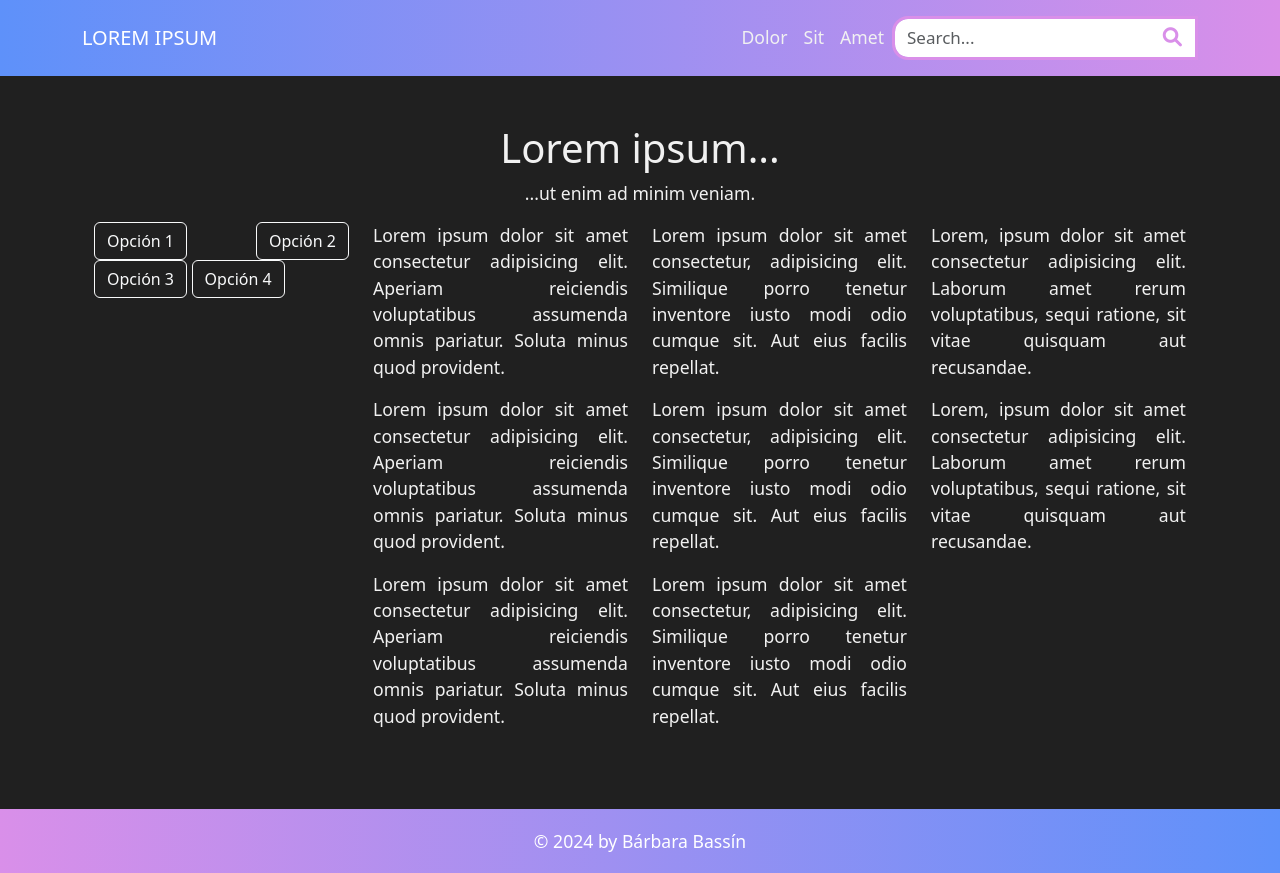
Repository: romancegirl/responsiveness
Page: index.html
An editor plug-in stored every save of this project. The page is shown before and after the next save, followed by the edit.
The browser window is 1280 px wide. The pictures show the whole page.

Above is the page before, as saved 2024-11-19 20:52:53.

### index.html
<!DOCTYPE html>
<html lang="en">

<head>
    <meta charset="UTF-8">
    <meta name="viewport" content="width=device-width, initial-scale=1.0">
    <title>Responsiveness - Bárbara Bassín</title>
    <link href="https://cdn.jsdelivr.net/npm/bootstrap@5.3.0/dist/css/bootstrap.min.css" rel="stylesheet">
    <link rel="stylesheet" href="https://cdnjs.cloudflare.com/ajax/libs/font-awesome/6.0.0-beta3/css/all.min.css">
    <link rel="stylesheet" href="css/header-and-footer.css">
    <link rel="stylesheet" href="css/styles.css">
</head>

<body>
    <!-- Header -->
    <header class="py-2">
        <div class="container d-flex align-items-center" id="profile">
            <h5 class="m-0">LOREM IPSUM</h5>
            <nav class="navbar navbar-expand-lg flex-grow-1">
                <button class="navbar-toggler" type="button" data-bs-toggle="collapse" data-bs-target="#navbarNav"
                    aria-controls="navbarNav" aria-expanded="false" aria-label="Toggle navigation">
                    <i class="fas fa-bars"></i>
                </button>
                <div class="collapse navbar-collapse" id="navbarNav">
                    <ul class="navbar-nav">
                        <li class="nav-item"><a class="nav-link">Dolor</a></li>
                        <li class="nav-item"><a class="nav-link">Sit</a></li>
                        <li class="nav-item"><a class="nav-link">Amet</a></li>
                        <div class="search-container">
                            <form action="/action_page.php">
                                <div class="input-group">
                                    <input type="text" class="form-control" placeholder="Search..." name="search">
                                    <button type="submit" class="btn">
                                        <i class="fa fa-search"></i>
                                    </button>
                                </div>
                            </form>
                        </div>
                    </ul>

                </div>
            </nav>
        </div>
    </header>



    <!-- Main -->
    <main class="container my-5">
        <div>
            <h1>Lorem ipsum...</h1>
            <div id="textCarousel" class="carousel slide" data-bs-ride="carousel" data-bs-interval="2000">
                <div class="carousel-inner">
                    <div class="carousel-item active">
                        <p>...olor sit amet, consectetur adipiscing elit...</p>
                    </div>
                    <div class="carousel-item">
                        <p>...sed do eiusmod tempor incididunt ut labore...</p>
                    </div>
                    <div class="carousel-item">
                        <p>...ut enim ad minim veniam.</p>
                    </div>
                </div>
            </div>
        </div>



        <div class="container">

            <div class="row">
                <div class="col-3">
                    <button type="button" class="btn btn-outline-light">Opción 1</button>
                    <button type="button" class="btn btn-outline-light">Opción 2</button>
                    <button type="button" class="btn btn-outline-light">Opción 3</button>
                    <button type="button" class="btn btn-outline-light">Opción 4</button>
                </div>
                <div class="col-9">
                    <div class="row">
                        <div class="col-6 col-md-4 paragraph">Lorem ipsum dolor sit amet consectetur adipisicing elit.
                            Aperiam
                            reiciendis
                            voluptatibus assumenda omnis pariatur. Soluta minus quod provident.</div>
                        <div class="col-6 col-md-4 paragraph">Lorem ipsum dolor sit amet consectetur, adipisicing elit.
                            Similique porro
                            tenetur inventore iusto modi odio cumque sit. Aut eius facilis repellat.</div>
                        <div class="col-6 col-md-4 paragraph">Lorem, ipsum dolor sit amet consectetur adipisicing elit.
                            Laborum
                            amet rerum
                            voluptatibus, sequi ratione, sit vitae quisquam aut recusandae.</div>
                        <div class="col-6 col-md-4 paragraph">Lorem ipsum dolor sit amet consectetur adipisicing elit.
                            Aperiam
                            reiciendis
                            voluptatibus assumenda omnis pariatur. Soluta minus quod provident.</div>
                        <div class="col-6 col-md-4 paragraph">Lorem ipsum dolor sit amet consectetur, adipisicing elit.
                            Similique porro
                            tenetur inventore iusto modi odio cumque sit. Aut eius facilis repellat.</div>
                        <div class="col-6 col-md-4 paragraph">Lorem, ipsum dolor sit amet consectetur adipisicing elit.
                            Laborum
                            amet rerum
                            voluptatibus, sequi ratione, sit vitae quisquam aut recusandae.</div>
                        <div class="col-6 col-md-4 paragraph">Lorem ipsum dolor sit amet consectetur adipisicing elit.
                            Aperiam
                            reiciendis
                            voluptatibus assumenda omnis pariatur. Soluta minus quod provident.</div>
                        <div class="col-6 col-md-4 paragraph">Lorem ipsum dolor sit amet consectetur, adipisicing elit.
                            Similique porro
                            tenetur inventore iusto modi odio cumque sit. Aut eius facilis repellat.</div>
                    </div>
                </div>

            </div>


        </div>



    </main>

    <!-- Footer -->
    <footer class="bg-dark text-center py-2">
        <div>&copy; 2024 by Bárbara Bassín</div>
    </footer>
    <script src="js/script.js"></script>
    <script src="https://cdn.jsdelivr.net/npm/bootstrap@5.3.0/dist/js/bootstrap.bundle.min.js"></script>
</body>

</html>

### css/header-and-footer.css
header {
    background: linear-gradient(to right, #5E91FA, #d98fe9);
    color: #fff;
    position: relative;
}

main {
    min-height: 70vh;
    padding-bottom: 1rem;
    box-sizing: border-box;
}

a.nav-link {
    color: #f1f1f1;
}

a.nav-link:hover {
    color: #f6c7de;
    transition: color 0.3s, text-shadow 0.3s;
    transform: scale(1.05);
}

.search-container {
    display: flex;
    justify-content: center;
    align-items: center;
    position: relative;
}

.input-group .form-control {
    padding-right: 2.5rem;
    font-size: 17px;
    border: 0.2rem solid #d98fe9;
    border-radius: 1rem;
}

.input-group .btn {
    position: absolute;
    right: 1rem;
        top: 50%;
    transform: translateY(-50%);
    background-color: transparent;
    border: none;
    padding: 0;
    cursor: pointer;
}

.input-group .btn .fa-search {
    color: #d98fe9;
    font-size: 1.2rem;
}



/* navbar-toggle */

.navbar-toggler {
    border-color: #fff;
}

.navbar-toggler .fas {
    color: #fff;
    /* Cambia el color del ícono */
}

.navbar-collapse {
    justify-content: flex-end;
}

.navbar-toggler:hover {
    cursor: pointer;
}

.navbar-toggler:focus {
    outline: none;
    box-shadow: none;
}

@media (max-width: 995px) {

    .navbar-collapse {
        display: none;
        position: absolute;
        top: 134%;
        left: -55px;
        width: 100%;
        z-index: 999;
        flex-direction: column-reverse;
        align-items: center;
    }

    .navbar-collapse.show {
        display: flex;
    }

    .navbar-nav {
        background: linear-gradient(to right, #5e92fae0, #d98fe9dc);
        color: #fff;
        padding: 1.5rem;
        border-radius: 0 0 100px 100px;
        font-weight: bold;
        text-align: center;
    }

    .navbar-nav:hover {
        cursor: pointer;

    }

    a.nav-link:hover {
        color: #f6c7de;
        transition: color 0.3s, text-shadow 0.3s;
        transform: scale(1.05);
    }

    .navbar-nav .nav-item {
        margin: 10px 0;
    }

    .navbar a,
    .navbar input[type=text] {
        float: none;
        display: block;
        text-align: left;
        width: 100%;
        margin: 0;
        padding: 0.5rem;
    }

    .navbar .search-container {
        float: none;
    }

    .navbar a,
    .navbar input[type=text],
    .navbar .search-container button {
        float: none;
        display: block;
        text-align: left;
        width: 100%;
        margin: 0;
        padding: 0.2rem;
    }

    .navbar input[type=text] {
        border-radius: 0.2rem;
        border: 0.2rem solid #b556db98;
    }

}

footer {
    background: linear-gradient(to right, #d98fe9, #5E91FA);
    color: #fff;
    bottom: 0;
    min-height: 4rem;
    display: flex;
    justify-content: center;
    align-items: center;
}

### css/styles.css
body {
    background-color: #202020;
    color: #f1f1f1;
    font-size: 110%;
}

/* Profile and resume */

.profile-photo {
    width: 250px;
    height: 250px;
    border: #a5c3ffcd;
    border-style: double;
    border-width: 5px;
    border-radius: 70px;
    display: flex;
    justify-content: center;
    align-items: center;
    overflow: hidden;
    /* Oculta cualquier parte de la imagen que se desborde */
    float: right;
}

/* titles */

h1 {
    text-align: center;
}

h2,
h3,
h4 {
    background: linear-gradient(#d98fe9, #5E91FA);
    -webkit-background-clip: text;
    background-clip: text;
    -webkit-text-fill-color: transparent;
}

h5 {
    margin: 0;
}

/* General */

#textCarousel {
    width: 40rem;
    margin: auto;
}

p {
    text-align: center;
}

.row {
    text-align: justify;
}

.paragraph {
margin-bottom: 1rem;
}

/* Responsiveness */

.title-small,
.title-x-small {
    display: none;
}

@media screen and (max-width: 1400px) {

    .title-large,
    .title-x-small {
        display: none;
    }

    .title-small {
        display: block;
    }
}

@media screen and (max-width: 768px) {

    .title-large,
    .title-small {
        display: none;
    }

    .title-x-small {
        display: block;
        text-align: center;

    }

    #textCarousel {
        max-width: 90%; /* Usa un tamaño relativo en lugar de fijo */
    }
}

### js/script.js
document.addEventListener('click', function(event) {
    var navbar = document.querySelector('.navbar-collapse');
    var toggler = document.querySelector('.navbar-toggler');

    // Si el menú está abierto y se hace clic fuera de él, lo cierra
    if (navbar.classList.contains('show') && !navbar.contains(event.target) && !toggler.contains(event.target)) {
        var bsCollapse = new bootstrap.Collapse(navbar, {
            toggle: false
        });
        bsCollapse.hide();
    }
});

// Cerrar el menú automáticamente al hacer clic en cualquier enlace
var navLinks = document.querySelectorAll('.nav-link');
navLinks.forEach(function(link) {
    link.addEventListener('click', function() {
        var navbar = document.querySelector('.navbar-collapse');
        var bsCollapse = new bootstrap.Collapse(navbar, {
            toggle: false
        });
        bsCollapse.hide();
    });
});

After the next save:
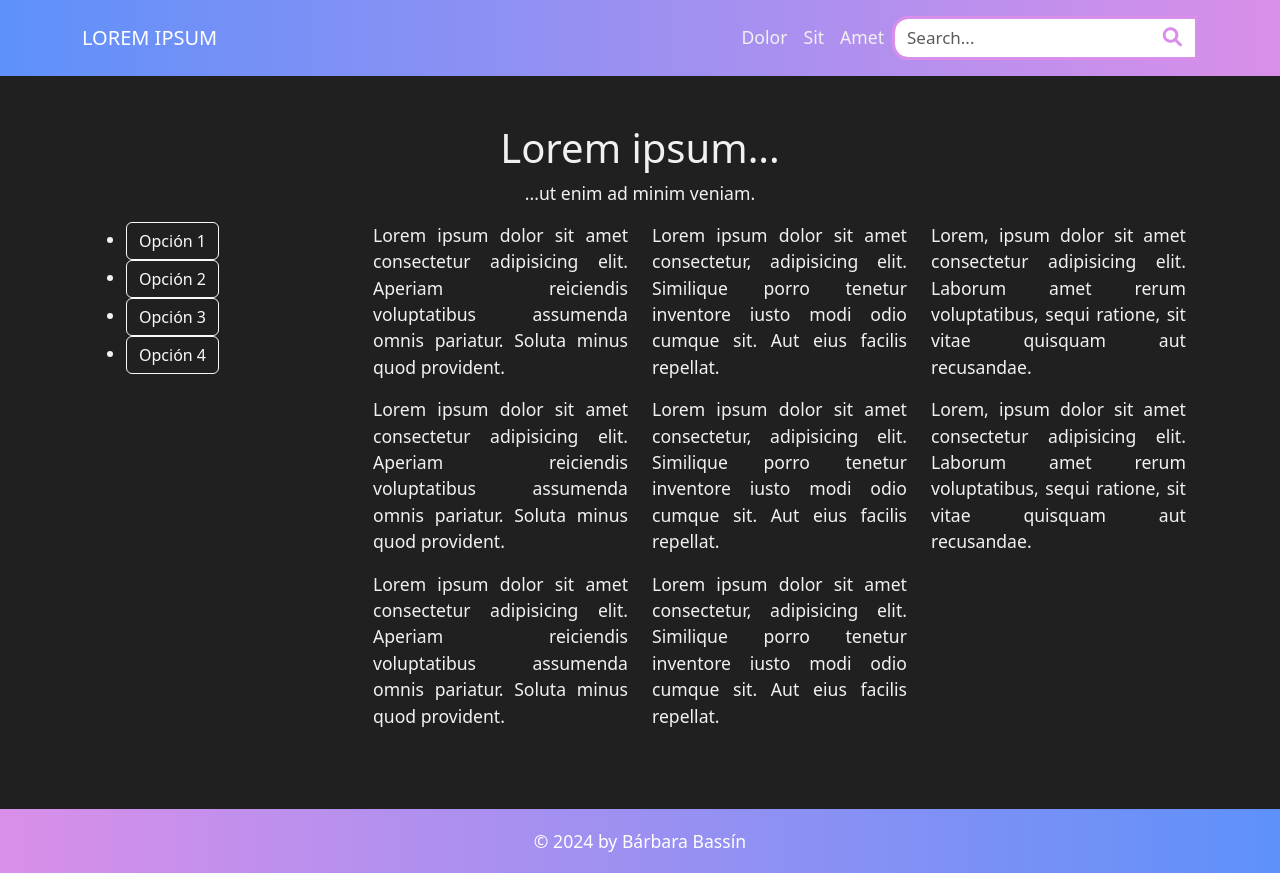
Saved 46 s later.
--- a/index.html
+++ b/index.html
@@ -70,10 +70,12 @@
 
             <div class="row">
                 <div class="col-3">
-                    <button type="button" class="btn btn-outline-light">Opción 1</button>
-                    <button type="button" class="btn btn-outline-light">Opción 2</button>
-                    <button type="button" class="btn btn-outline-light">Opción 3</button>
-                    <button type="button" class="btn btn-outline-light">Opción 4</button>
+                    <ul>
+                        <li><button type="button" class="btn btn-outline-light">Opción 1</button></li>
+                        <li><button type="button" class="btn btn-outline-light">Opción 2</button></li>
+                        <li><button type="button" class="btn btn-outline-light">Opción 3</button></li>
+                        <li><button type="button" class="btn btn-outline-light">Opción 4</button></li>
+                    </ul>
                 </div>
                 <div class="col-9">
                     <div class="row">
